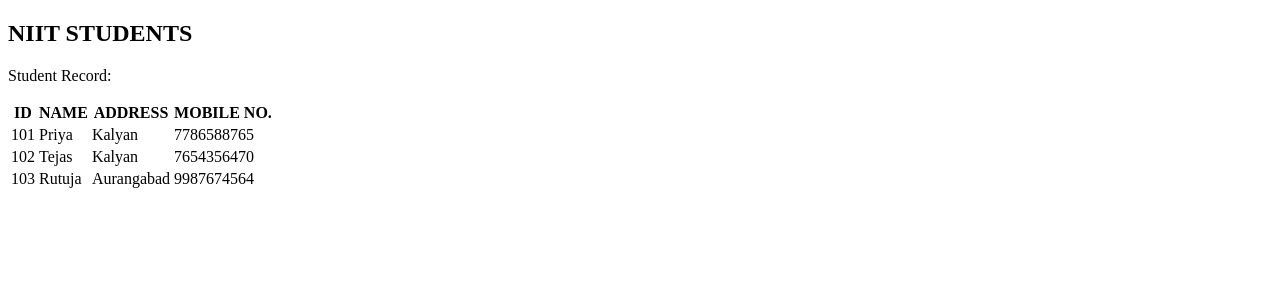
Repository: priyankateli27/priyanka
Page: http://localhost/SirAssignment/Entry_Table.jsp
The author's editor kept a copy of each file at every save. The page is drawn from the files as they stood at one save, then again after a run of saves.
The browser window is 1280 px wide. The pictures show the whole page.
The page is served by Tomcat 9.

Above is the page before, as saved 2016-07-14 13:20:33.

After the next 2 saves:
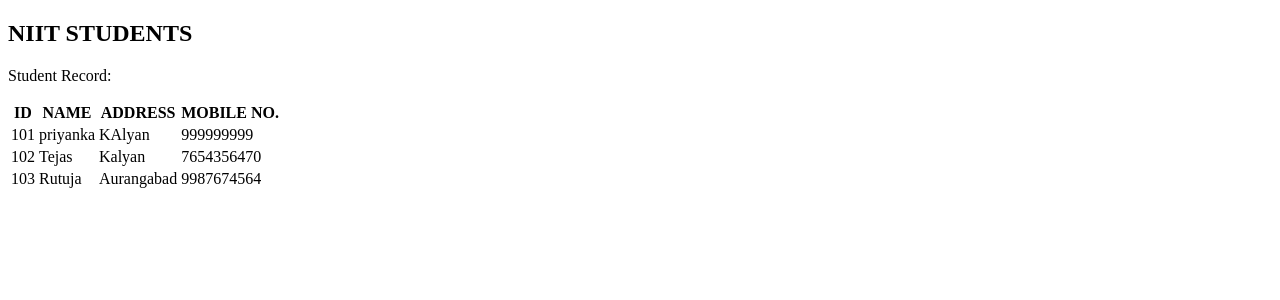
The 2 saves are shown as one change because 1 did not build or start.
The last was saved 45 s later.
--- a/SirAssignment/src/main/webapp/Entry_Table.jsp
+++ b/SirAssignment/src/main/webapp/Entry_Table.jsp
@@ -32,9 +32,9 @@
     <tbody>
       <tr>
         <td><%=p.getId() %></td>
-        <td>Priya</td>
-        <td>Kalyan</td>
-        <td>7786588765</td>
+        <td><%=p.getName() %></td>
+        <td><%=p.getAddress() %></td>
+        <td><%=p.getMob_No()%></td>
       </tr>
       <tr>
         <td>102</td>
